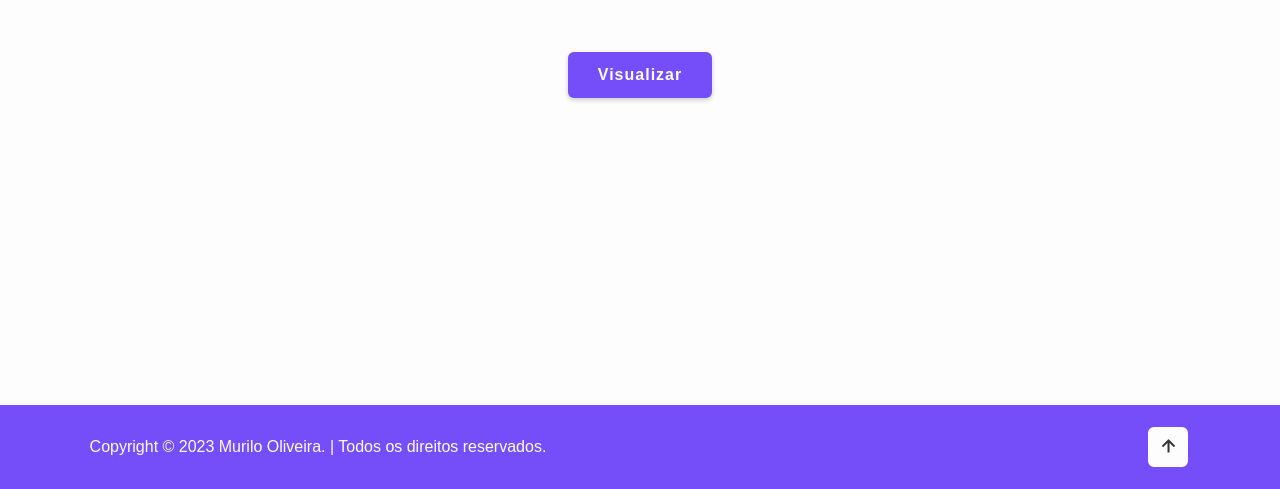
Repository: devMuriloOliveira/Portfolio-
Page: projetos/projeto-1.html
An editor plug-in stored every save of this project. The page is shown before and after the next save, followed by the edit.
The browser window is 1280 px wide. The pictures show the part of the page from y = 515 to 1004 px (the page is 1004 px tall).
Some web fonts or font styles are not loaded; a fallback is used.

Above is the page before, as saved 2023-03-16 15:55:20.

After the next save:
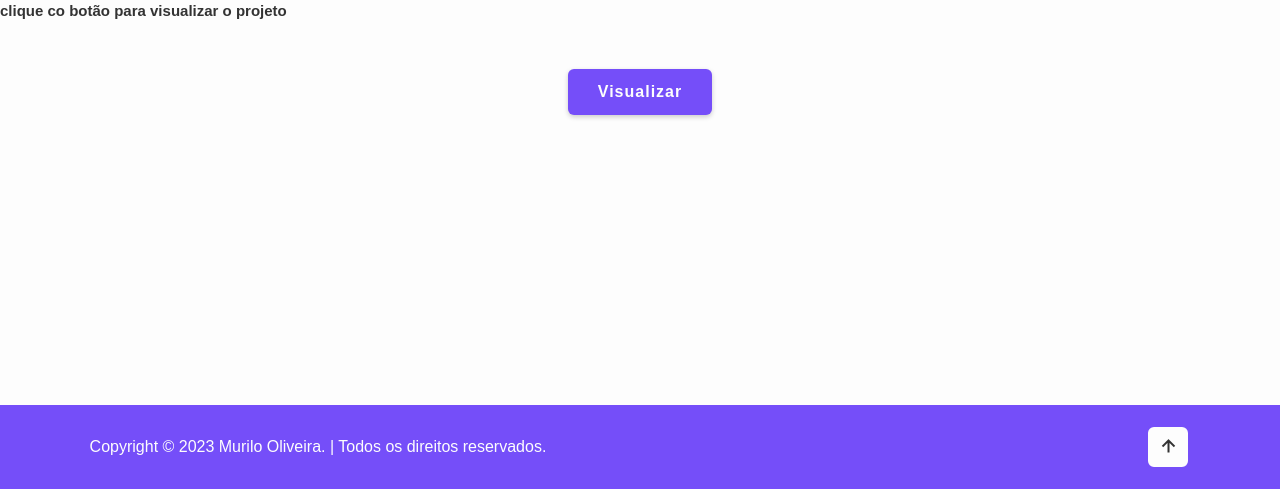
Saved 2 min 5 s later.
--- a/projetos/projeto-1.html
+++ b/projetos/projeto-1.html
@@ -53,6 +53,10 @@
         ></iframe>
       </div>
 
+      <div texto>
+        <h2>clique co botão para visualizar o projeto</h2>
+      </div>
+
       <div class="botao">
         <a
           class="btn"
